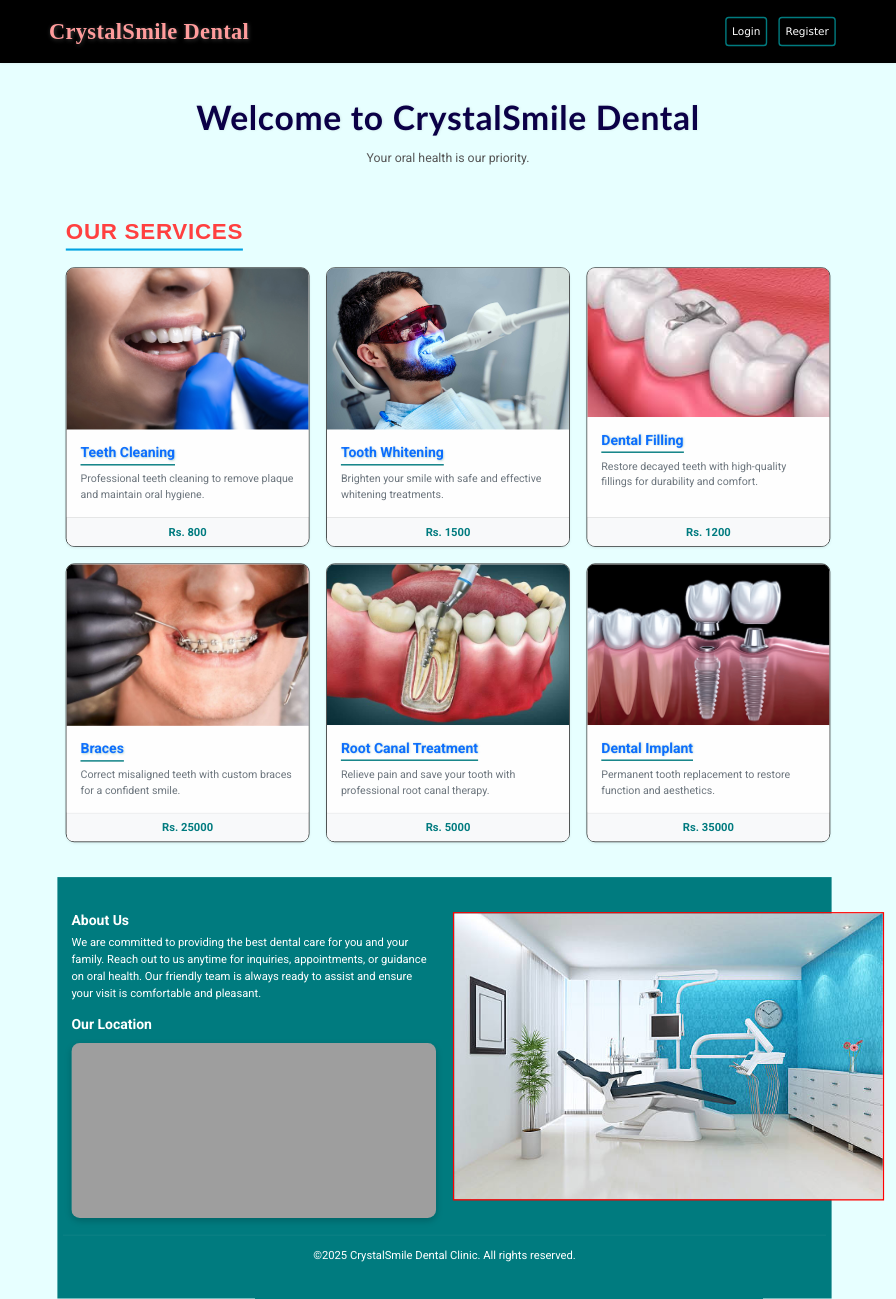
Repository: ashrayasjp/dentalclinicms
Page: dental_clinic_fyp/users/templates/users/home.html
These files come from the project's save history. The page is drawn as it stood at one moment and after the next save; the edit follows.
The browser window is 1280 px wide. The pictures show the whole page, at 70% of full size.
Pictures or frames that could not be fetched are drawn as grey boxes. Some web fonts or font styles are not loaded; a fallback is used. The template is drawn by Django 5.2. The application's start-up code is not run. Other server files are loaded and not shown. The template is opened directly, without the code that normally fills it, so the values that code supplies are empty.

Above is the page before, as saved 2025-11-04 12:18:55.
Console error: TypeError: Cannot read properties of null (reading 'style')

### dental_clinic_fyp/users/templates/users/home.html
{% extends "users/base.html" %}
{% block title %}Welcome to Dental Clinic{% endblock %}
{% load static %}

{% block content %}
{% if messages %}
  {% for message in messages %}
    <div class="alert
        {% if message.tags %}alert-{{ message.tags }}{% else %}alert-info{% endif %}
        alert-dismissible fade show" role="alert">
      {{ message }}
      <button type="button" class="btn-close" data-bs-dismiss="alert" aria-label="Close"></button>
    </div>
  {% endfor %}
{% endif %}


<div class="container text-center mt-5">
    <h1 class="text-center mb-3">
        Welcome to CrystalSmile Dental
    </h1>
    <p style="font-size:1.1rem; color:#555;">Your oral health is our priority.</p>
</div>



<!-- Our Services Section -->
<div class="container mt-5">
    <h2 class="text-center mb-4">Our Services</h2>

    <div class="row row-cols-1 row-cols-md-3 g-4" id="services-section" style="display:none;">
        <!-- Service 1 -->
        <div class="col">
            <div class="card h-100 shadow-sm"
                 style="border:1px solid #000; border-radius:12px; overflow:hidden; transition: transform 0.3s, box-shadow 0.3s;">
                <img src="{% static 'images/teeth_cleaning.jpg' %}" class="card-img-top" alt="Teeth Cleaning">
                <div class="card-body" style="background-color:#fefefe; padding:20px;">
                    <h5 class="card-title text-primary fw-bold mb-2"
                        style="border-bottom: 2px solid #007B7F; display:inline-block; padding-bottom:5px;">
                        Teeth Cleaning
                    </h5>
                    <p class="card-text text-secondary" style="font-size:0.95rem;">
                        Professional teeth cleaning to remove plaque and maintain oral hygiene.
                    </p>
                </div>
                <div class="card-footer text-center" style="background-color:#f8f9fa; font-weight:600; color:#007B7F;">
                    Rs. 800
                </div>
            </div>
        </div>

        <!-- Service 2 -->
        <div class="col">
            <div class="card h-100 shadow-sm"
                 style="border:1px solid #000; border-radius:12px; overflow:hidden; transition: transform 0.3s, box-shadow 0.3s;">
                <img src="{% static 'images/tooth_whitening.jpg' %}" class="card-img-top" alt="Tooth Whitening">
                <div class="card-body" style="background-color:#fefefe; padding:20px;">
                    <h5 class="card-title text-primary fw-bold mb-2"
                        style="border-bottom: 2px solid #007B7F; display:inline-block; padding-bottom:5px;">
                        Tooth Whitening
                    </h5>
                    <p class="card-text text-secondary" style="font-size:0.95rem;">
                        Brighten your smile with safe and effective whitening treatments.
                    </p>
                </div>
                <div class="card-footer text-center" style="background-color:#f8f9fa; font-weight:600; color:#007B7F;">
                    Rs. 1500
                </div>
            </div>
        </div>

        <!-- Service 3 -->
        <div class="col">
            <div class="card h-100 shadow-sm"
                 style="border:1px solid #000; border-radius:12px; overflow:hidden; transition: transform 0.3s, box-shadow 0.3s;">
                <img src="{% static 'images/filling.jpg' %}" class="card-img-top" alt="Dental Filling">
                <div class="card-body" style="background-color:#fefefe; padding:20px;">
                    <h5 class="card-title text-primary fw-bold mb-2"
                        style="border-bottom: 2px solid #007B7F; display:inline-block; padding-bottom:5px;">
                        Dental Filling
                    </h5>
                    <p class="card-text text-secondary" style="font-size:0.95rem;">
                        Restore decayed teeth with high-quality fillings for durability and comfort.
                    </p>
                </div>
                <div class="card-footer text-center" style="background-color:#f8f9fa; font-weight:600; color:#007B7F;">
                    Rs. 1200
                </div>
            </div>
        </div>

        <!-- Service 4 -->
        <div class="col">
            <div class="card h-100 shadow-sm"
                 style="border:1px solid #000; border-radius:12px; overflow:hidden; transition: transform 0.3s, box-shadow 0.3s;">
                <img src="{% static 'images/braces.jpg' %}" class="card-img-top" alt="Braces">
                <div class="card-body" style="background-color:#fefefe; padding:20px;">
                    <h5 class="card-title text-primary fw-bold mb-2"
                        style="border-bottom: 2px solid #007B7F; display:inline-block; padding-bottom:5px;">
                        Braces
                    </h5>
                    <p class="card-text text-secondary" style="font-size:0.95rem;">
                        Correct misaligned teeth with custom braces for a confident smile.
                    </p>
                </div>
                <div class="card-footer text-center" style="background-color:#f8f9fa; font-weight:600; color:#007B7F;">
                    Rs. 25000
                </div>
            </div>
        </div>

        <!-- Service 5 -->
        <div class="col">
            <div class="card h-100 shadow-sm"
                 style="border:1px solid #000; border-radius:12px; overflow:hidden; transition: transform 0.3s, box-shadow 0.3s;">
                <img src="{% static 'images/root_canal.jpg' %}" class="card-img-top" alt="Root Canal">
                <div class="card-body" style="background-color:#fefefe; padding:20px;">
                    <h5 class="card-title text-primary fw-bold mb-2"
                        style="border-bottom: 2px solid #007B7F; display:inline-block; padding-bottom:5px;">
                        Root Canal Treatment
                    </h5>
                    <p class="card-text text-secondary" style="font-size:0.95rem;">
                        Relieve pain and save your tooth with professional root canal therapy.
                    </p>
                </div>
                <div class="card-footer text-center" style="background-color:#f8f9fa; font-weight:600; color:#007B7F;">
                    Rs. 5000
                </div>
            </div>
        </div>

        <!-- Service 6 -->
        <div class="col">
            <div class="card h-100 shadow-sm"
                 style="border:1px solid #000; border-radius:12px; overflow:hidden; transition: transform 0.3s, box-shadow 0.3s;">
                <img src="{% static 'images/dental_implant.jpg' %}" class="card-img-top" alt="Dental Implant">
                <div class="card-body" style="background-color:#fefefe; padding:20px;">
                    <h5 class="card-title text-primary fw-bold mb-2"
                        style="border-bottom: 2px solid #007B7F; display:inline-block; padding-bottom:5px;">
                        Dental Implant
                    </h5>
                    <p class="card-text text-secondary" style="font-size:0.95rem;">
                        Permanent tooth replacement to restore function and aesthetics.
                    </p>
                </div>
                <div class="card-footer text-center" style="background-color:#f8f9fa; font-weight:600; color:#007B7F;">
                    Rs. 35000
                </div>
            </div>
        </div>

    </div>
</div>

<script>
    async function fetchDoctors() {
        try {
            const response = await fetch("{% url 'appointments:all_doctors' %}")

            const doctors = await response.json();
            const container = document.getElementById('doctors-container');

            doctors.forEach(doc => {
                const col = document.createElement('div');
                col.className = 'col';

                const card = document.createElement('div');
                card.className = 'doctor-card';
                card.style.border = '1px solid #ccc';
                card.style.borderRadius = '12px';
                card.style.padding = '20px';
                card.style.textAlign = 'center';
                card.style.boxShadow = '0 4px 10px rgba(0,0,0,0.1)';
                card.style.marginBottom = '20px';

                const img = document.createElement('img');
                img.src = doc.profile_picture;
                img.alt = doc.full_name;
                img.style.width = '150px';
                img.style.height = '150px';
                img.style.borderRadius = '50%';
                img.style.objectFit = 'cover';
                img.style.marginBottom = '10px';
                img.style.border = '3px solid #007B7F';

                const name = document.createElement('h4');
                name.textContent = doc.full_name;
                name.style.color = '#002f5f';
                name.style.fontWeight = '700';
                name.style.marginBottom = '5px';

                const degree = document.createElement('p');
                degree.innerHTML = `<strong>Degree:</strong> ${doc.degree}`;

                const specialization = document.createElement('p');
                specialization.innerHTML = `<strong>Specialization:</strong> ${doc.specialization}`;

                const experience = document.createElement('p');
                experience.innerHTML = `<strong>Experience:</strong> ${doc.experience_years} years`;

                const bio = document.createElement('p');
                bio.innerHTML = `<strong>Bio:</strong> ${doc.bio}`;

                card.append(img, name, degree, specialization, experience, bio);
                col.appendChild(card);
                container.appendChild(col);
            });
        } catch (error) {
            console.error("Error fetching doctors:", error);
        }
    }

    document.addEventListener('DOMContentLoaded', fetchDoctors);
    </script>



<footer id="footer-section" style="background:#007B7F; color:white; padding:50px 20px; margin-top:50px;  margin-right:10px; display:none;">
    <div class="row">

        <!-- About Us -->
        <div class="col-md-6 mb-4">
            <h5 style="font-weight:700;">About Us</h5>
            <p>
                We are committed to providing the best dental care for you and your family.
                Reach out to us anytime for inquiries, appointments, or guidance on oral health.
                Our friendly team is always ready to assist and ensure your visit is comfortable and pleasant.
            </p>

            <!-- Google Maps -->
            <h5 style="font-weight:700; margin-top:20px; margin-bottom:15px;">Our Location</h5>
            <div style="width: 100%; height: 250px; border-radius:12px; overflow:hidden; box-shadow:0 4px 10px rgba(0,0,0,0.2);">
                <iframe
                    src="https://www.google.com/maps/embed?pb=!1m18!1m12!1m3!1d3532.7761952771157!2d85.31854881185906!3d27.693311276091404!2m3!1f0!2f0!3f0!3m2!1i1024!2i768!4f13.1!3m3!1m2!1s0x39eb19b032e93fc1%3A0x4a61dc499d928027!2sSt.%20Xavier%27s%20College!5e0!3m2!1sen!2snp!4v1760898158288!5m2!1sen!2snp"
                    width="100%"
                    height="100%"
                    style="border:0;"
                    allowfullscreen=""
                    loading="lazy"
                    referrerpolicy="no-referrer-when-downgrade">
                </iframe>
            </div>
        </div>

       <!-- Contact Form -->
<div class="col-md-6">
    <img src="{% static 'images/room.jpg' %}" style="border: 2px solid red;">
</div>


        <!-- Row 2: Map -->
    <hr style="border-color: rgba(255,255,255,0.3);">

        <div class="text-center">
            &copy;2025 CrystalSmile Dental Clinic. All rights reserved.
        </div>
    </div>
</footer>

<style>
    footer input, footer textarea {
        border-radius: 6px;
        border: 2px solid black;
        padding: 10px;
        width: 100%;
    }
    footer input:focus, footer textarea:focus {
        outline: none;
        box-shadow: 0 0 5px black;
    }
    footer button:hover {
        transform: translateY(-2px);
        transition: all 0.2s;
    }

    h1 {
        font-family: 'Calibri';
        font-size: 3rem;
        color: #0B0047;
        font-weight: 700;
        letter-spacing: 1px;
        text-shadow: 1px 1px 4px rgba(0, 0, 0, 0.1);
    }

    h2 {
        font-family: 'Nunito Sans', sans-serif;
        font-size: 2rem;
        font-weight: 700;
        color: #FF4040;
        text-transform: uppercase;
        letter-spacing: 1px;
        border-bottom: 3px solid #00a2e2;
        display: inline-block;
        padding-bottom: 6px;
        margin: 25px auto 40px auto;
        text-align: center;
    }

    #services-section .card:hover {
        transform: translateY(-5px);
        box-shadow: 0 10px 25px rgba(0, 123, 127, 0.3);
    }

    .card-title {
        text-shadow: 1px 1px 3px rgba(0,123,127,0.3);
    }
</style>

<script>
    window.addEventListener('load', function() {
        setTimeout(function() {
            const section = document.getElementById('services-section');
            section.style.display = 'flex';
            section.style.opacity = 0;
            let op = 0;
            const fade = setInterval(() => {
                if(op >= 1) clearInterval(fade);
                section.style.opacity = op;
                op += 0.05;
            }, 50);
        }, 1000);
    });

    window.addEventListener('load', function() {
        setTimeout(function() {
            const section = document.getElementById('services-section');
            section.style.display = 'flex';
            section.style.opacity = 0;
            let op = 0;
            const fade = setInterval(() => {
                if(op >= 1) clearInterval(fade);
                section.style.opacity = op;
                op += 0.05;
            }, 50);

            setTimeout(function() {
                const footer = document.getElementById('footer-section');
                footer.style.display = 'block';
                footer.style.opacity = 0;
                let fop = 0;
                const fadeFooter = setInterval(() => {
                    if(fop >= 1) clearInterval(fadeFooter);
                    footer.style.opacity = fop;
                    fop += 0.05;
                }, 30);
            }, 800);
        }, 1000);
    });
</script>
<script>
    window.addEventListener('load', function() {
        setTimeout(function() {
            const section = document.getElementById('doctors-section');
            let op = 0;
            const fade = setInterval(() => {
                if(op >= 1) clearInterval(fade);
                section.style.opacity = op;
                op += 0.05;
            }, 50);
        }, 1000); // fade in after 1 second
    });
    </script>


{% endblock %}

Loaded but not shown: dental_clinic_fyp/users/templates/users/base.html (217 lines, source omitted)

After the next save:
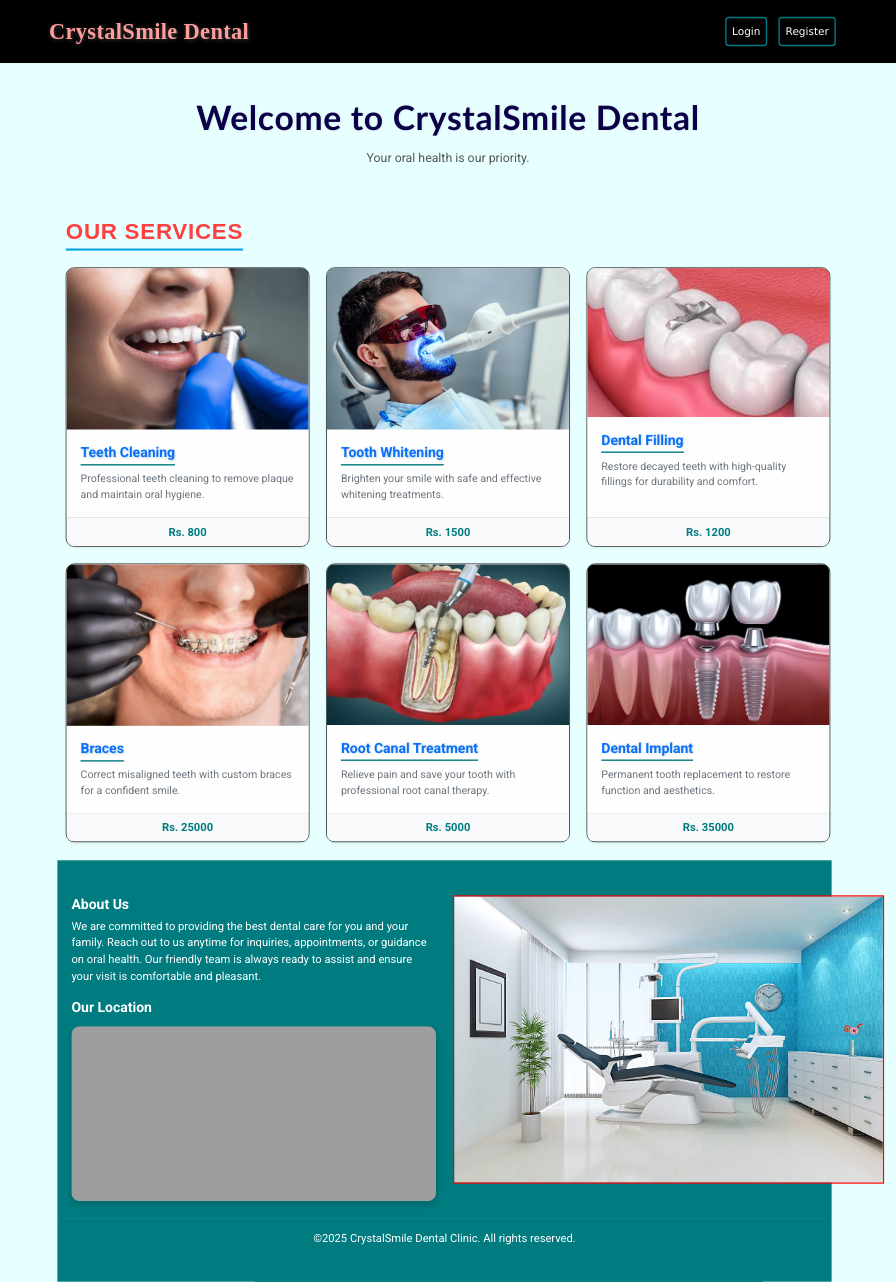
Saved 43 s later.
--- a/dental_clinic_fyp/users/templates/users/home.html
+++ b/dental_clinic_fyp/users/templates/users/home.html
@@ -151,7 +151,9 @@
 
     </div>
 </div>
-
+<div class="row row-cols-1 row-cols-md-3 g-4 justify-content-center" id="doctors-container">
+    <!-- JS will populate doctor cards here -->
+  </div>
 <script>
     async function fetchDoctors() {
         try {
